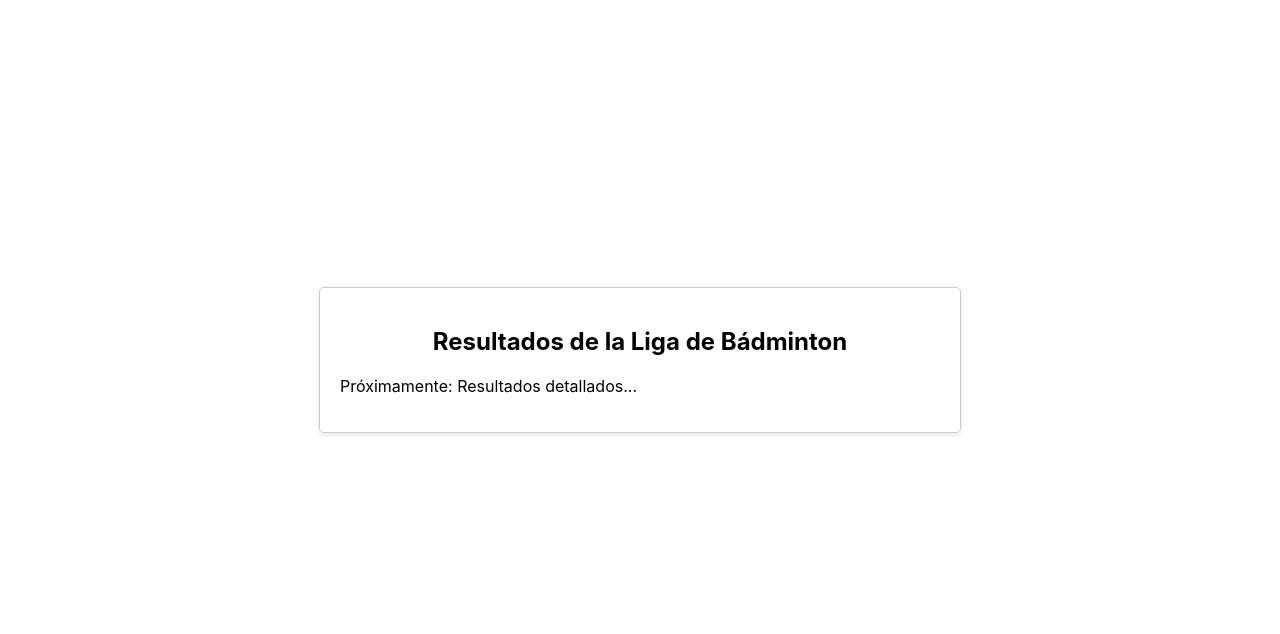
Repository: anuskazw/badminton
Page: /dashboard
These files come from the project's save history. The page is drawn as it stood at one moment and after the next save; the edit follows.
The browser window is 1280 px wide. The pictures show the whole page.
The project was rebuilt for these pictures with package versions that can differ from the ones it lists, and the page was loaded fresh each time. Also part of the build but not shown: src/components/Login.js.

Above is the page before, as saved 2024-11-24 22:46:38.

### src/App.js
import React from 'react';
import { BrowserRouter as Router, Route, Routes } from 'react-router-dom';
import Login from './components/Login';
import Dashboard from './components/Dashboard';

function App() {
    return (
        <Router>
            <div className="App">
                <Routes>
                    <Route path="/" element={<Login />} />
                    <Route path="/dashboard" element={<Dashboard />} />
                </Routes>
            </div>
        </Router>
    );
}

export default App;

### src/components/Dashboard.js
import React from 'react';
import './Dashboard.css'; // Asegúrate de crear un archivo CSS para estilos específicos del dashboard

function Dashboard() {
    // Aquí puedes agregar lógica para obtener y mostrar los resultados de la liga
    return (
        <div className="dashboard-container">
            <h2>Resultados de la Liga de Bádminton</h2>
            {/* Aquí puedes agregar tablas, gráficos, etc. para mostrar los resultados */}
            <p>Próximamente: Resultados detallados...</p>
        </div>
    );
}

export default Dashboard;

### src/components/Login.css
/* src/components/Login.css */
.login-container {
    min-width: 400px;
    margin: 0 auto;
    padding: 20px;
    border: 1px solid #ccc;
    border-radius: 5px;
    box-shadow: 0 2px 5px rgba(0, 0, 0, 0.1);
}

.login-container h2 {
    text-align: center;
    margin-bottom: 20px;
}

.login-container form div {
    margin-bottom: 15px;
}

.login-container label {
    display: block;
    margin-bottom: 5px;
}

.login-container input {
    width: 100%;
    padding: 8px;
    box-sizing: border-box;
    border: 1px solid #e0e0e0;
    border-radius: 4px;
}

.login-container button {
    width: 100%;
    padding: 10px;
    background-color: #007bff;
    color: white;
    border: none;
    border-radius: 5px;
    cursor: pointer;
}

.login-container button:hover {
    background-color: #0056b3;
}

body {
    display: flex;
    justify-content: center;
    align-items: center;
    min-height: 100vh;
    margin: 0;
}

### src/components/Dashboard.css
.dashboard-container {
    min-width: 600px;
    margin: 0 auto;
    padding: 20px;
    border: 1px solid #ccc;
    border-radius: 5px;
    box-shadow: 0 2px 5px rgba(0, 0, 0, 0.1);
}

.dashboard-container h2 {
    text-align: center;
    margin-bottom: 20px;
}

Loaded but not shown: public/index.html (common file); src/index.js (common file); src/index.css (common file); src/reportWebVitals.js (common file)

After the next save:
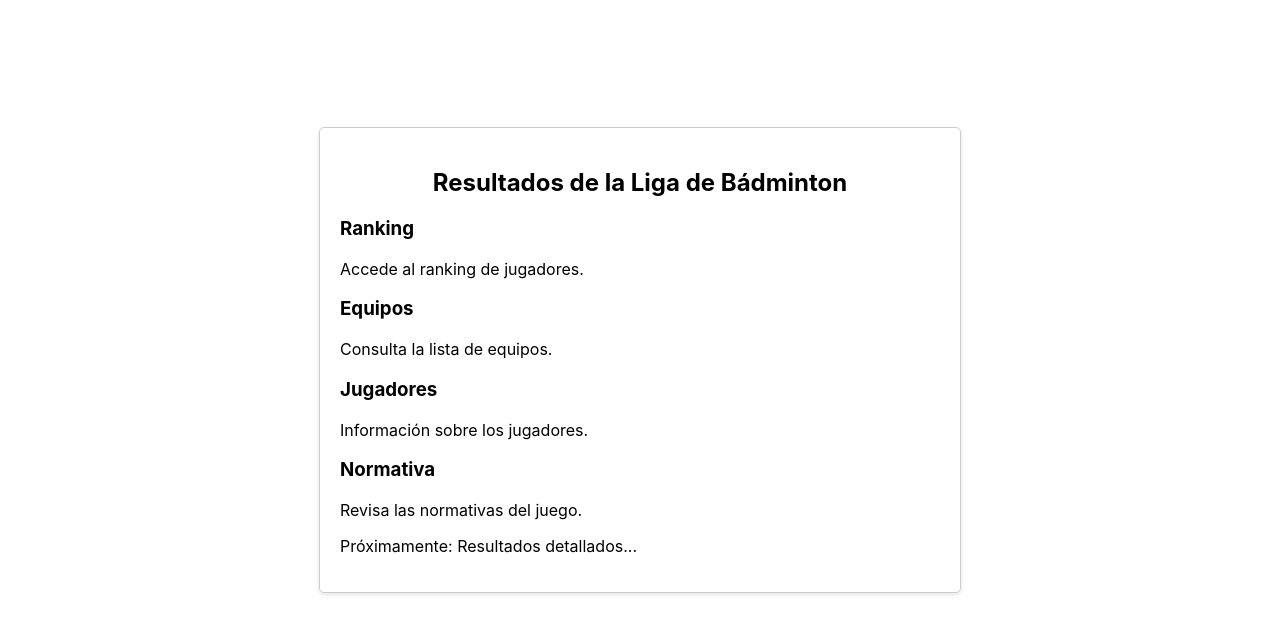
Saved 2 min 22 s later.
--- a/src/components/Dashboard.js
+++ b/src/components/Dashboard.js
@@ -7,6 +7,24 @@ function Dashboard() {
         <div className="dashboard-container">
             <h2>Resultados de la Liga de Bádminton</h2>
             {/* Aquí puedes agregar tablas, gráficos, etc. para mostrar los resultados */}
+            <div className="card-container">
+                <div className="card">
+                    <h3>Ranking</h3>
+                    <p>Accede al ranking de jugadores.</p>
+                </div>
+                <div className="card">
+                    <h3>Equipos</h3>
+                    <p>Consulta la lista de equipos.</p>
+                </div>
+                <div className="card">
+                    <h3>Jugadores</h3>
+                    <p>Información sobre los jugadores.</p>
+                </div>
+                <div className="card">
+                    <h3>Normativa</h3>
+                    <p>Revisa las normativas del juego.</p>
+                </div>
+            </div>
             <p>Próximamente: Resultados detallados...</p>
         </div>
     );
